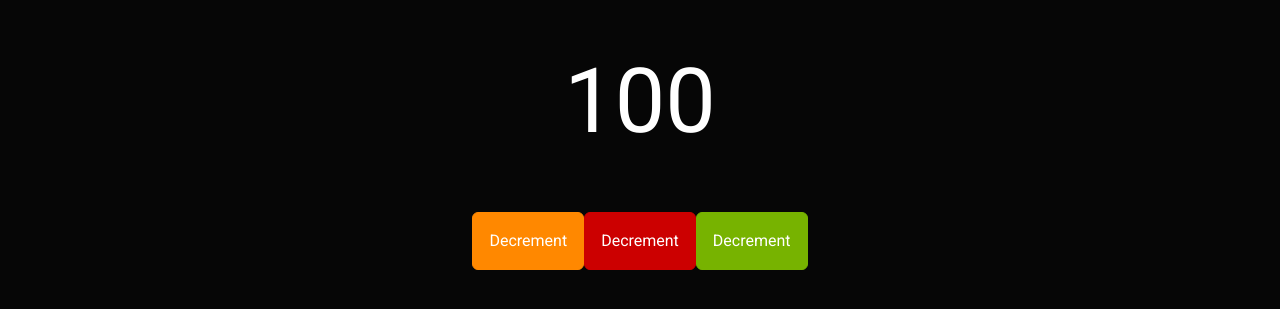
Repository: Afraz13/Emoboo
Page: /
An editor plug-in stored every save of this project. The page is shown before and after the next save, followed by the edit.
The browser window is 1280 px wide. The pictures show the whole page.
The project was rebuilt for these pictures with package versions that can differ from the ones it lists, and the page was loaded fresh each time. Also part of the build but not shown: src/App.css.

Above is the page before, as saved 2024-08-15 12:28:57.

### src/index.js
import React from 'react';
import ReactDOM from 'react-dom/client';
import './index.css';
import App from './App';
import '../src/bootstrap.min (5).css'


const root = ReactDOM.createRoot(document.getElementById('root'));
root.render(
  <React.StrictMode>
    <App />
  </React.StrictMode>
);

### src/App.js

import './App.css';
import Counter from './compontent/Counter'

function App() {
  return (
    <div className="App">

      <Counter/>
    </div>
  );
}

export default App;

### src/compontent/Counter.jsx
import React from 'react'

function Counter() {
  return (
    <div className='d-flex justify-content-center align-items-center w-100 flex-column mt-5'>
        <h1 style={{fontSize:'90px'}}>100</h1>
        <div className='mt-5'>
            <button className='btn btn-warning p-3'>Decrement</button>
            <button className='btn btn-danger p-3'>Decrement</button>
            <button className='btn btn-success p-3'>Decrement</button>

        </div>

    </div>
  )
}

export default Counter

Loaded but not shown: public/index.html (common file); src/index.css (common file); src/bootstrap.min (5).css (library)

After the next save:
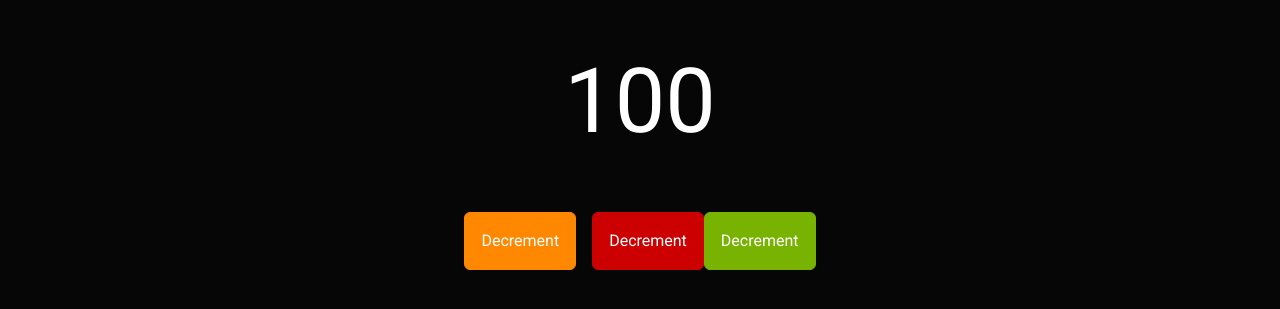
Saved 21 s later.
--- a/src/compontent/Counter.jsx
+++ b/src/compontent/Counter.jsx
@@ -6,7 +6,7 @@ function Counter() {
         <h1 style={{fontSize:'90px'}}>100</h1>
         <div className='mt-5'>
             <button className='btn btn-warning p-3'>Decrement</button>
-            <button className='btn btn-danger p-3'>Decrement</button>
+            <button className='btn btn-danger p-3 ms-3'>Decrement</button>
             <button className='btn btn-success p-3'>Decrement</button>
 
         </div>
